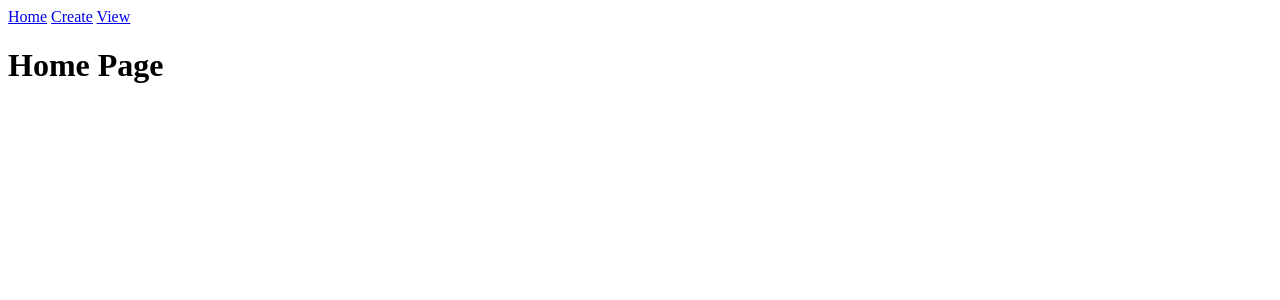
Repository: LudovicARHIMAN/Django-ToDoList
Page: http://localhost/
An editor plug-in stored every save of this project. The page is shown before and after the next save, followed by the edit.
The browser window is 1280 px wide. The pictures show the whole page.
The page is served by the project's application, run on Django 5.2 (mysite/manage.py).

Above is the page before, as saved 2024-04-25 09:50:26.

After the next save:
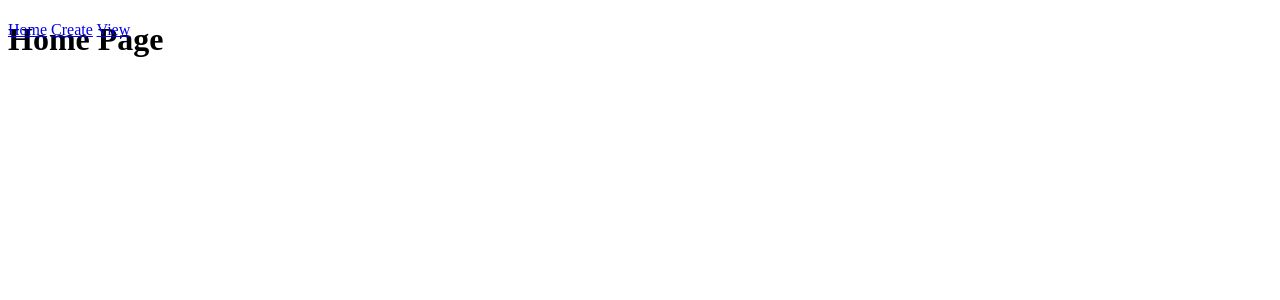
Saved 8 s later.
--- a/mysite/main/templates/main/base.html
+++ b/mysite/main/templates/main/base.html
@@ -7,7 +7,8 @@
         .sidenav {
             height: 100%;
             width: 160px;
-
+            position: fixed;
+            z-index: 1;
         }
     </style>
 </head>
